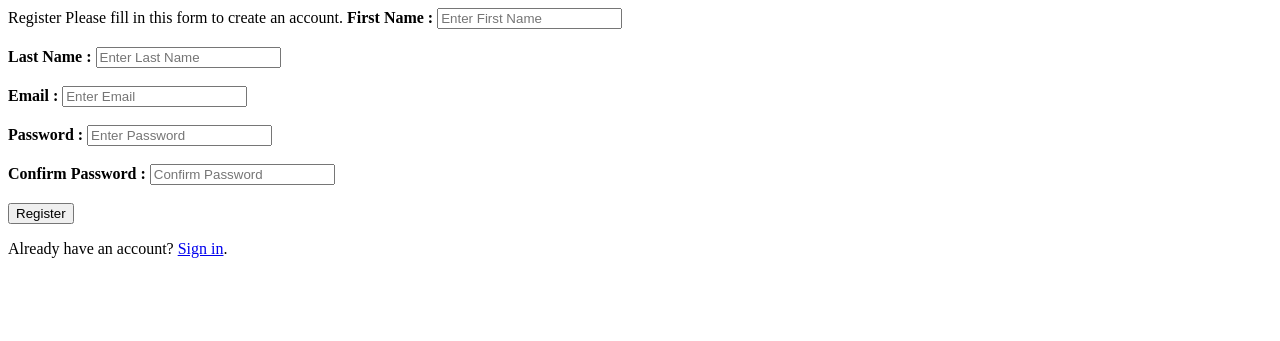
Repository: 1919satya/Mode2
Page: sample/sample/WebContent/sample.html
These files come from the project's save history. The page is drawn as it stood at one moment and after the next save; the edit follows.
The browser window is 1280 px wide. The pictures show the whole page.

Above is the page before, as saved 2019-10-09 09:59:41.

After the next save:
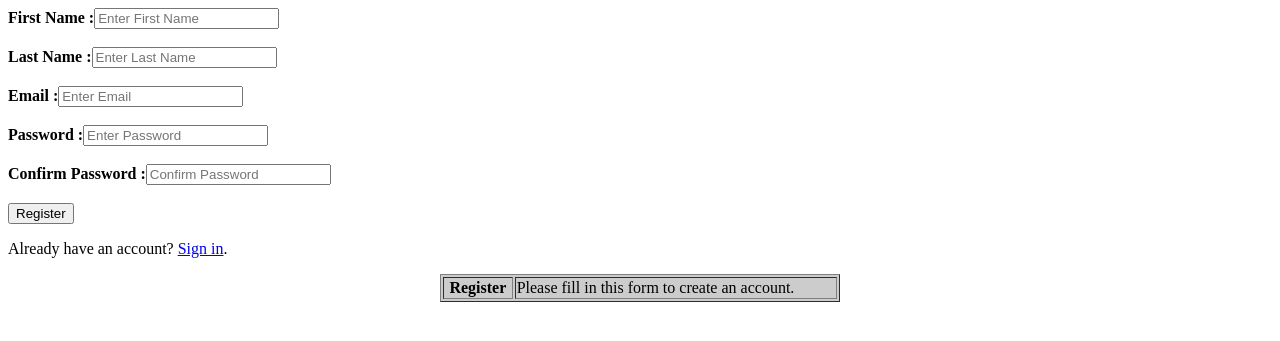
Saved 66 s later.
--- a/sample/sample/WebContent/sample.html
+++ b/sample/sample/WebContent/sample.html
@@ -7,7 +7,9 @@
 <body>
 
 <form >
-  <div class="container">
+<div class="container">
+<table border="1" align="center" width="400" bgcolor="#CCCCCC" >
+
   <tr>
     <th>Register</th>
     <td>Please fill in this form to create an account.</td>
